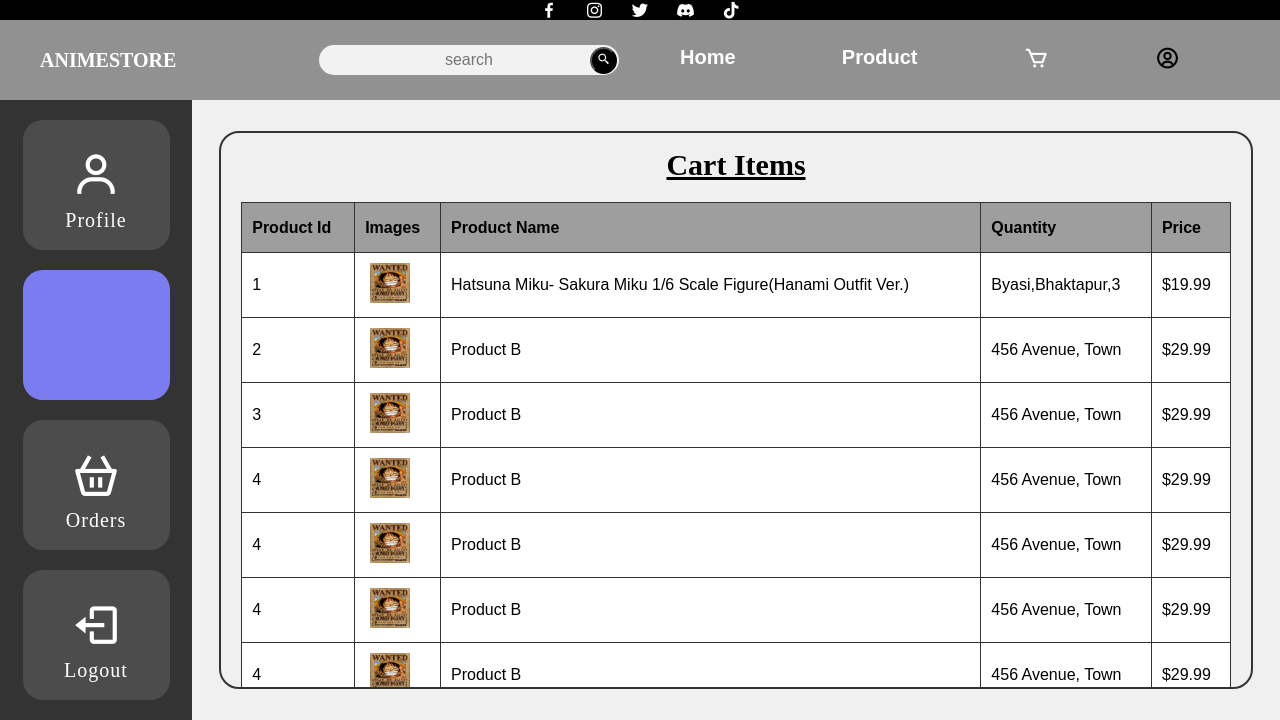
Repository: cindrellakoju/Animestore
Page: html css/withlogin/accart.html
The author's editor kept a copy of each file at every save. The page is drawn from the files as they stood at one save, then again after the next save.
The browser window is 1280 px wide. The pictures show the whole page.
The pointer rests on the first visible `.icon .cart i`.
An inner scrolling area shows only its first screen.

Above is the page before, as saved 2024-04-07 02:12:38.

### html css/withlogin/accart.html
<!DOCTYPE html>
<html lang="en">
<head>
  <meta charset="UTF-8">
  <meta name="viewport" content="width=device-width, initial-scale=1.0">
  <link rel="stylesheet" href="accart.css">
  <link href='https://unpkg.com/boxicons@2.1.4/css/boxicons.min.css' rel="stylesheet">
  <title>cart</title>
</head>
<body>
    <header>
        <div class="navbar">
           <div class="meta-navbar">
               <a href="https://boxicons.com/?query=fac" target="_blank"><i class='bx bxl-facebook'></i></a>
               <a href="#" target="_blank"><i class='bx bxl-instagram'></i></a>
               <a href="#" target="_blank"><i class='bx bxl-twitter' ></i></a>
               <a href="#" target="_blank"><i class='bx bxl-discord-alt'></i></a>
               <a href="#" target="_blank"><i class='bx bxl-tiktok' ></i></i></a>
           </div>
           <div class="product-navbar">
               <h1>ANIMESTORE</h1>
               <div class="search-bar">
                <form action="">
                    <input type="text" id="search" name="search" placeholder="search">
                    <button type="submit"><i class='bx bx-search-alt-2'></i></button>
                </form>
               </div>
               <div class="menu">
                <ul>
                    <a href="#">Home</a>
                    <a href="store.html">Product</a>
                    <!-- <a href="#"><i class='bx bx-heart'></i></a> -->
                    <a href="cart.html"><i class='bx bx-cart' ></i></a>
                    <a href="myaccount.html" class="myaccount"><i class='bx bx-user-circle'></i></a>
                </ul>
               </div>

           </div>
       </div>
      </header>
  <div class="left-bar">
    <div class="icon">
      <button><a href="profile.html"><i class='bx bx-user' ><br><span>Profile</span></i></a></button>
    </div>
    <div class="icon">
      <button class="cart"><a href="cart.html"><i class='bx bx-cart'><br><span>Cart</span></i></a></button>
    </div>
    <div class="icon">
      <button><a href="order.html"><i class='bx bx-basket' ><br><span>Orders</span></i></a></button>
    </div>
    <div class="icon">
      <button><a href="#"><i class='bx bx-log-out' ><br><span>Logout</span></i></a></button>
    </div>
  </div>
  <div class="right-bar">
    <div class="rectangular-border">
      <h1>Cart Items</h1>
      <table>
        <thead>
          <tr>
            <th>Product Id</th>
            <th>Images</th>
            <th>Product Name</th>
            <th>Quantity</th>
            <th>Price</th>
          </tr>
        </thead>
        <tbody>
          <tr>
            <td>1</td>
            <td><img src="Animestore _photo/posters/luffy.png"></td>
            <td>Hatsuna Miku- Sakura Miku 1/6 Scale Figure(Hanami Outfit Ver.)</td>
            <td>Byasi,Bhaktapur,3</td>
            <td>$19.99</td>
          </tr>
          <tr>
            <td>2</td>
            <td><img src="Animestore _photo/posters/luffy.png"></td>
            <td>Product B</td>
            <td>456 Avenue, Town</td>
            <td>$29.99</td>
          </tr>
          <tr>
            <td>3</td>
            <td><img src="Animestore _photo/posters/luffy.png"></td>
            <td>Product B</td>
            <td>456 Avenue, Town</td>
            <td>$29.99</td>
          </tr>
          <tr>
            <td>4</td>
            <td><img src="Animestore _photo/posters/luffy.png"></td>
            <td>Product B</td>
            <td>456 Avenue, Town</td>
            <td>$29.99</td>
          </tr>
          <tr>
            <td>4</td>
            <td><img src="Animestore _photo/posters/luffy.png"></td>
            <td>Product B</td>
            <td>456 Avenue, Town</td>
            <td>$29.99</td>
          </tr>
          <tr>
            <td>4</td>
            <td><img src="Animestore _photo/posters/luffy.png"></td>
            <td>Product B</td>
            <td>456 Avenue, Town</td>
            <td>$29.99</td>
          </tr>
          <tr>
            <td>4</td>
            <td><img src="Animestore _photo/posters/luffy.png"></td>
            <td>Product B</td>
            <td>456 Avenue, Town</td>
            <td>$29.99</td>
          </tr>
          <tr>
            <td>4</td>
            <td><img src="Animestore _photo/posters/luffy.png"></td>
            <td>Product B</td>
            <td>456 Avenue, Town</td>
            <td>$29.99</td>
          </tr>
        </tbody>
      </table>
      <span>Want to buy Items? Go to  <a href="#">Cart Page</a></span>
    </div>
  </div>
</body>
</html>

### html css/withlogin/accart.css
* {
    margin: 0px;
    padding: 0px;
    box-sizing: border-box;
    font-family: "Poppins", sans-serif;
  }

  .navbar {
    width: 100%;
    position: fixed;
    top: 0;
    z-index: 1000;
  }

  /* social media nav bar */
  .meta-navbar {
    height: 20px;
    background-color: black;
    text-align: center;
    font-size: 20px;
    word-spacing: 20px;
  }

  .meta-navbar i {
    color: white;
  }

  .meta-navbar i:hover{
    color: rgb(78, 78, 255);
  }

  /* menu nav bar */
  .product-navbar {
    height: 80px;
    background-color: rgba(0, 0, 0, 0.432);
    display: flex;
    justify-content: space-between;
    align-items: center;
    text-align: center;
  }

  .product-navbar ul {
    display: flex;
  }

  .product-navbar h1 {
    font-size: 20px;
    font-family: cursive;
    margin-left: 40px;
    margin-right: 30px;
    color: white;
  }

  .product-navbar .search-bar input {
    width: 300px;
    height: 30px;
    border: none;
    outline: none;
    background: #f2f2f2;
    border-radius: 30px;
    color: gray;
    font-size: 16px;
    text-align: center;
  }

  .search-bar button {
    height: 27px;
    width: 27px;
    border-radius: 50%;
    text-align: center;
    background-color: rgb(0, 0, 0);
    color: white;
    margin-left: -33px;
    margin-right: 50px;
  }

  .menu {
    display: flex;
    width: 500px;
    justify-content: space-between;
  }

  .menu .myaccount{
    color: black;
  }
  .menu ul {
    flex: 2;
    display: flex;
    justify-content: space-between;
    font-size: 20px;
    margin-left: -100px;
    margin-right: 100px;
    font-weight: bolder;
  }

  .menu ul a {
    color: white;
    text-decoration: none;
  }

  .menu ul a:hover {
    color: purple;
  }

  .menu ul a i {
    font-size: 25px;
  }

  .left-bar {
    position: fixed;
    top: 100px; /* Adjusted top position below the header */
    left: 0;
    background-color: #333;
    display: flex;
    flex-direction: column;
    align-items: center;
    justify-content: space-between;
    height: calc(100vh - 100px); /* Adjusted height below the header */
    width: 15%;
    z-index: 1; /* Ensures the left bar stays on top */
  }

  .icon {
    width: calc(100% - 45px); /* Adjusted width for gap */
    height: calc((100vh - 100px) / 4 - 25px); /* Adjusted height for 4 icons with gap */
    display: flex;
    justify-content: center;
    align-items: center;
    background-color: #555555c2;
    margin-bottom: 20px; /* Added margin for gap */
    border-radius: 20px;
  }
  .icon:first-child {
    margin-top: 20px; /* Margin for the top of the first icon */
  }

  .icon button{
    height: 100%;
    width: 100%;
    border-radius: 20px;
    background-color: transparent;
    border: none;
  }

  button a i{
    margin-top: -10px;
    padding: 40px;
    color: white;
    font-size: 50px;
  }

  button a i span{
    font-size: 20px;
    /* font-weight: bold; */
    font-family: 'Times New Roman', Times, serif;
    letter-spacing: 1px;
    position: relative;
    top: -20px;
  }
  .icon .cart i{
    color: rgb(124, 124, 241);
  }
  .icon button:hover{
    background-color: rgb(124, 124, 241);
    cursor: pointer;
    color: black;
  }
  button a i:hover{
    color: black;
  }
    .right-bar {
      background-color: #f0f0f0;
      display: flex;
      justify-content: center;
      align-items: center;
      height: calc(100vh - 100px); /* Adjusted height below the header */
      width: 85%;
      margin-left: 15%;
      margin-top: 100px;
    }

    .rectangular-border {
      width: 95%;
      /* min-height: 300px; Minimum height of the border */
      height: 90%;
      border: 2px solid #333;
      border-radius: 20px;
      display: flex;
      flex-direction: column; /* Change to column */
      justify-content: flex-start; /* Start from the top */
      align-items: center;
      padding: 20px; /* Add padding */
      overflow: auto; /* Add overflow for scrolling if needed */
    }

  .rectangular-border h1{
    font-family: 'Times New Roman', Times, serif;
    text-align: center;
    font-size: 30px;
    margin-bottom: 20px;
    margin-top: -5px;
    text-decoration: underline;
    /* position: fixed; */
  }
    /* Style the scrollbar */
  .rectangular-border::-webkit-scrollbar {
    width: 10px;
  }

  .rectangular-border::-webkit-scrollbar-thumb {
    background-color: #aaa;
    padding-top: 10px;
    /* border-radius: 10px; */
  }

  .rectangular-border::-webkit-scrollbar-thumb:hover {
    background-color: #888;
  }

    table {
      width: 100%; /* Width 100% of parent */
      border-collapse: collapse;
    }

    table, th, td {
      border: 1px solid #333;
    }

    th, td {
      padding: 10px;
      text-align: left;
    }

    th {
      background-color: #9e9e9e;
      position: sticky; /* Make th sticky */
      top: -18px; /* Position at the top */
      z-index: 2; /* Ensure it's above the content */
      margin-top: -20px; /* Add margin top */
      height: 50px;
    }

    td {
      background-color: #fff; /* Optional: Add background color to td for better readability */
    }

    /* New CSS to make table fixed */
    .table-container {
      width: 100%;
      overflow-y: auto; /* Add vertical scroll if needed */
    }

    tr img{
      height: 40px;
      width: 40px;
      margin-left: 5px;
    }
.rectangular-border span{
    margin-top: 20px;
}

.rectangular-border span a{
    text-decoration: none;
    color: rgb(58, 58, 195);
}

.rectangular-border span a:hover{
    text-decoration: underline;
    color: rgb(0, 0, 255);
}

After the next save:
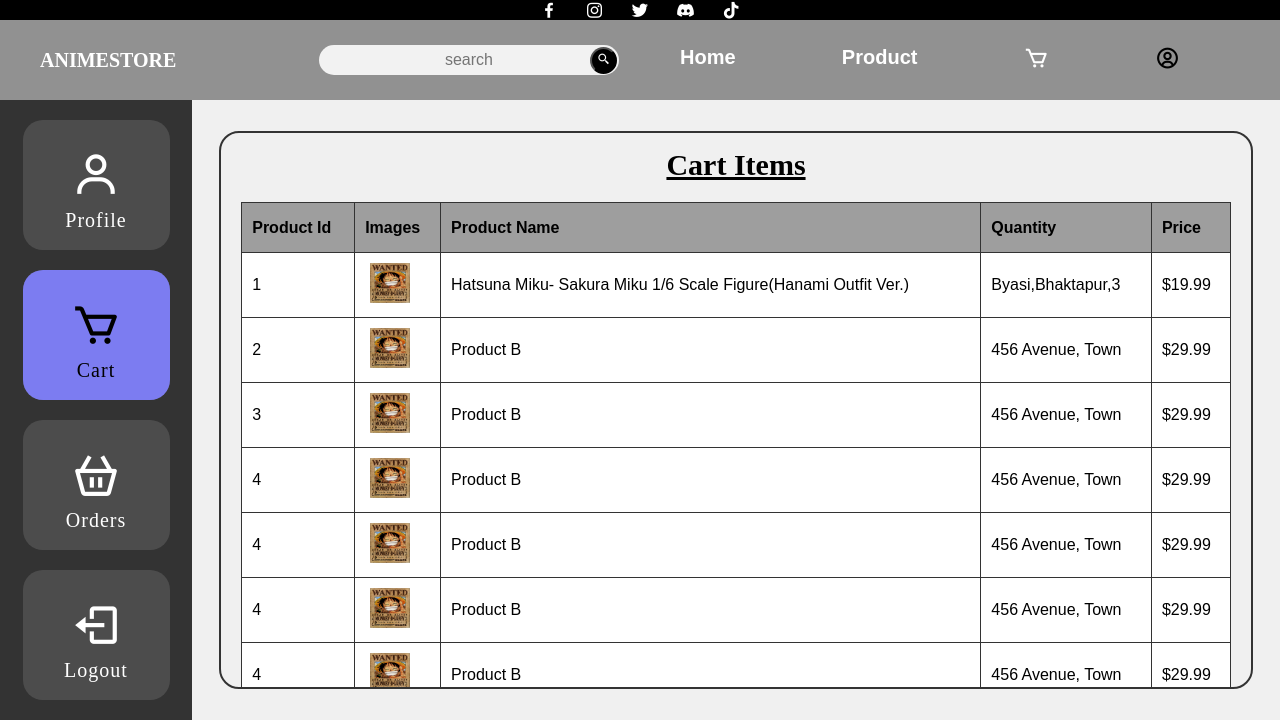
Saved 16 s later.
--- a/html css/withlogin/accart.css
+++ b/html css/withlogin/accart.css
@@ -159,6 +159,9 @@
   }
   .icon .cart i{
     color: rgb(124, 124, 241);
+  }
+  .icon .cart i:hover{
+    color: black;
   }
   .icon button:hover{
     background-color: rgb(124, 124, 241);
